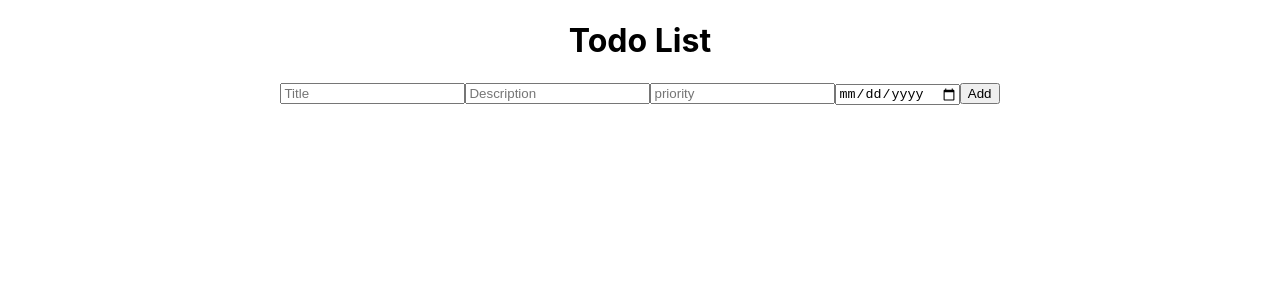
Repository: Juan-Christian-2711/todo
Page: / (app in frontend/)
The author's editor kept a copy of each file at every save. The page is drawn from the files as they stood at one save, then again after a run of saves.
The browser window is 1280 px wide. The pictures show the whole page.
The project was rebuilt for these pictures with package versions that can differ from the ones it lists, and the page was loaded fresh each time.

Above is the page before, as saved 2024-03-30 14:46:30.

### frontend/src/App.js
import React, { useState } from 'react';
import './App.css';

function App() {
  const [todos, setTodos] = useState([]);
  const [title, description, due, priority] = useState('');


  const handleSubmit = (e) => {
    e.preventDefault();
    if (title.trim() !== '') {
      setTodos([...todos, title, description, due, priority,]);
    }
  };

  const handleDelete = (index) => {
    setTodos(todos.filter((_, i) => i !== index));
  };

  return (
    <div className="App">
      <h1>Todo List</h1>
      <form onSubmit={handleSubmit}>
        <input
          type="text"
          placeholder="Title"
        />
        <input
          type="text"
          placeholder="Description"
        />
        <input
          type="number"
          placeholder="priority"
          max={5}
        />
        <input
          type='date'
          placeholder='date'
        />
        <button type="submit">Add</button>
      </form>
      <ul>
        {todos.map((todo, index) => (
          <li key={index}>
            {todo}
            <button onClick={() => handleDelete(index)}>complete</button>
          </li>
        ))}
      </ul>
    </div>
  );
}

export default App;

### frontend/src/App.css
.App {
  text-align: center;
}

.App-logo {
  height: 40vmin;
  pointer-events: none;
}

@media (prefers-reduced-motion: no-preference) {
  .App-logo {
    animation: App-logo-spin infinite 20s linear;
  }
}

.App-header {
  background-color: #282c34;
  min-height: 100vh;
  display: flex;
  flex-direction: column;
  align-items: center;
  justify-content: center;
  font-size: calc(10px + 2vmin);
  color: white;
}

.App-link {
  color: #61dafb;
}

@keyframes App-logo-spin {
  from {
    transform: rotate(0deg);
  }
  to {
    transform: rotate(360deg);
  }
}

.App ul {
  list-style-type: none;
}

Loaded but not shown: frontend/public/index.html (common file); frontend/src/index.js (common file); frontend/src/index.css (common file); frontend/src/reportWebVitals.js (common file)

After the next 3 saves:
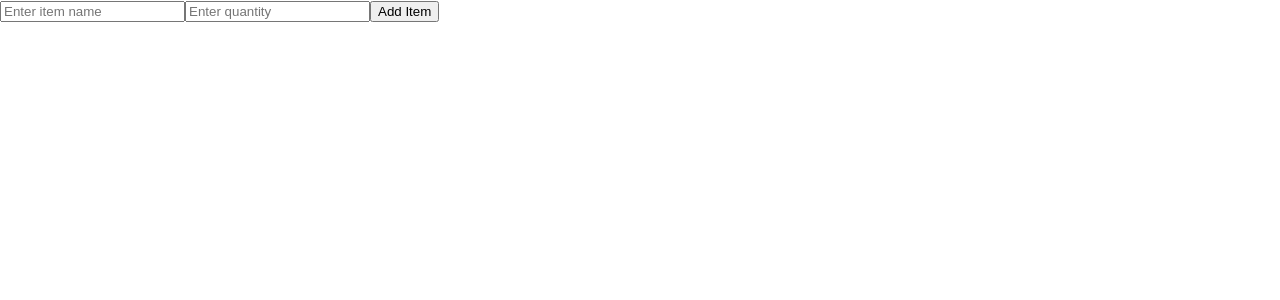
The 3 saves are shown as one change because 1 did not build or start and some came seconds apart.
The last was saved 2 min 37 s later.
--- a/frontend/src/App.js
+++ b/frontend/src/App.js
@@ -1,50 +1,48 @@
 import React, { useState } from 'react';
-import './App.css';
 
-function App() {
-  const [todos, setTodos] = useState([]);
-  const [title, description, due, priority] = useState('');
+function ItemList() {
+  const [name, setName] = useState('');
+  const [quantity, setQuantity] = useState('');
+  const [itemsList, setItemsList] = useState([]);
 
+  const handleNameChange = (e) => {
+    setName(e.target.value);
+  };
+
+  const handleQuantityChange = (e) => {
+    setQuantity(e.target.value);
+  };
 
   const handleSubmit = (e) => {
     e.preventDefault();
-    if (title.trim() !== '') {
-      setTodos([...todos, title, description, due, priority,]);
+    if (name.trim() !== '' && quantity.trim() !== '') {
+      setItemsList([...itemsList, { name, quantity }]);
+      setName('');
+      setQuantity('');
     }
   };
 
-  const handleDelete = (index) => {
-    setTodos(todos.filter((_, i) => i !== index));
-  };
-
   return (
-    <div className="App">
-      <h1>Todo List</h1>
+    <div>
       <form onSubmit={handleSubmit}>
         <input
           type="text"
-          placeholder="Title"
-        />
-        <input
-          type="text"
-          placeholder="Description"
+          placeholder="Enter item name"
+          value={name}
+          onChange={handleNameChange}
         />
         <input
           type="number"
-          placeholder="priority"
-          max={5}
+          placeholder="Enter quantity"
+          value={quantity}
+          onChange={handleQuantityChange}
         />
-        <input
-          type='date'
-          placeholder='date'
-        />
-        <button type="submit">Add</button>
+        <button type="submit">Add Item</button>
       </form>
       <ul>
-        {todos.map((todo, index) => (
+        {itemsList.map((item, index) => (
           <li key={index}>
-            {todo}
-            <button onClick={() => handleDelete(index)}>complete</button>
+            {item.name} - Quantity: {item.quantity}
           </li>
         ))}
       </ul>
@@ -52,4 +50,4 @@ function App() {
   );
 }
 
-export default App;
+export default ItemList;
